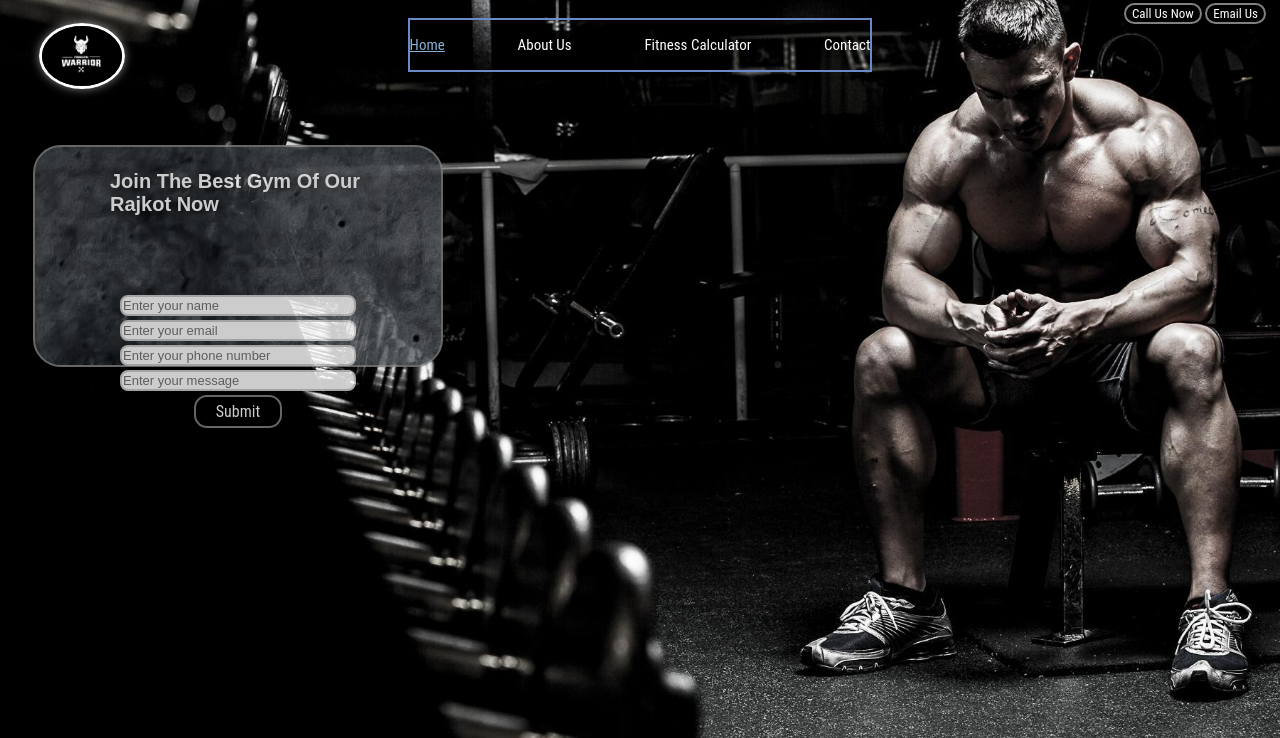
Repository: asthaasquare/project-1
Page: project-1/index.html
An editor plug-in stored every save of this project. The page is shown before and after a run of saves, followed by the edit.
The browser window is 1280 px wide. The pictures show the whole page.
Some web fonts or font styles are not loaded; a fallback is used.

Above is the page before, as saved 2024-05-10 10:10:35.

### project-1/index.html
  <!DOCTYPE html>
  <html lang="en">
  <head>
    <meta charset="UTF-8" />
    <meta name="viewport" content="width=device-width, initial-scale=1.0" />
    <title>Fit World</title>
    <link rel="preconnect" href="https://fonts.googleapis.com" />
    <link rel="preconnect" href="https://fonts.gstatic.com" crossorigin />
    <link href="https://fonts.googleapis.com/css2?family=Jersey+10&display=swap" rel="stylesheet" />
    <link rel="stylesheet" href="css/style.css" />
    <style>
      body {
        color: white;
        margin: 0;
        padding: 0;
        background-image: url("img/1087639.jpg");
        background-size: cover; /* This will make sure the image covers the entire background */
        background-position: center; /* This will center the image within the container */
        height: 100vh; /* This will set the height of the background to the viewport height */
        font-family: "Roboto Condensed", sans-serif;
        font-optical-sizing: auto;
      }

      .left {
        /* border: 2px double rgb(75, 62, 62); */
        display: inline-block;
        position: absolute;
        top: 0px;
        left: 34px;
        padding: 5px; /* Add some padding around the logo */
      }

      .left img {
        width: 80px;
        height: auto;
        border-radius: 50%;
        border: 3px solid white;
        box-shadow: 0 0 10px rgba(255, 255, 255, 0.5);
      }

      .left div {
        line-height: 0px;
      }

      .mid {
        margin: 18px auto;
        display: block;
        width: 36%;
        border: 2px double rgb(106, 137, 200);
      }

      .right {
        position: absolute;
        display: inline-block;
        /* border: 2px double rgb(100, 96, 222); */
        top: 0px;
        right: 34px;
      }

      .navbar {
        display: flex; /* Use flexbox for better alignment */
        justify-content: space-between; /* Distribute items evenly across the container */
        align-items: center; /* Center items vertically */
        padding: 0;
      }

      .navbar li {
        font-size: 15px;
        list-style: none; /* Remove default list styles */
        margin-right: 20px; /* Add some spacing between navbar items */
      }

      .navbar li a {
        color: white;
        text-decoration: none;
      }

      .navbar li a:hover,
      .navbar li a.active {
        text-decoration: underline;
        color: rgb(136, 177, 215);
      }

      .navbar li:last-child {
        margin-right: 0; /* Remove margin from the last navbar item */
      }

      .header {
        position: relative; /* Set position to relative to allow absolute positioning of child elements */
      }

      .container {
        border: 2px solid grey;
        margin: 73px 33px;
        padding: 75px;
        width: 20%;
        background-image: url(img/bg1.jpg);
        opacity: 80%;
        z-index: -1;
        height: 68px;
        border-radius: 28px;
      }

      .btn {
        margin: 0px 0px;
        color: white;
        background-color: black;
        position: relative;
        right: 22px;
        top: -15px;
        left: 20px;
        border: 2px solid grey;
        border-radius: 13px;
        font-size: 13px;
        cursor: pointer;
        transition: background-color 0.3s, border-color 0.3s;
        font-family: "Roboto Condensed", sans-serif;
      }

      .btn:hover {
        background-color: grey; /* Change background color on hover */
        border-color: black; /* Change border color on hover */
      }

      h1 {
        position: relative;
        top: -65px;
        color: white;
        font-size: 20px; /* Adjust the font size as needed */
        font-weight: bold; /* Optionally adjust the font weight */
        font-family: 'Poetsen One', sans-serif; /* Apply the Poetsen One font */
        text-shadow: 2px 2px 8px rgba(0, 0, 0, 0.5); /* Update the text shadow */
        width: 280px;
        padding: 0px;
      }

      .form {
      text-align: center; /* Center align the form elements */
      position: relative;


    }

    .form-group {
      margin-bottom: 4px; /* Add some spacing between form groups */
      bottom: 50px;
    }

    input[type="text"] {
      width: calc(100% - 20px); /* Make text inputs fill the width of their container minus the padding */
      padding: 1px; /* Add padding to text inputs */
      border: 2px solid #ccc; /* Add border to text inputs */
      border-radius: 8px; /* Add border radius to text inputs */
      font-size: 13px; /* Adjust the font size of text inputs */
      box-sizing: border-box; /* Include padding and border in the element's total width and height */
    }

    .btn1 {
      color: white;
      background-color: black;
      border: 2px solid grey;
      border-radius: 13px;
      font-size: 16px;
      padding: 5px 20px; /* Add padding to the button */
      cursor: pointer;
      transition: background-color 0.3s, border-color 0.3s;
      font-family: "Roboto Condensed", sans-serif;
    }

    .btn1:hover {
      background-color: grey; /* Change background color on hover */
      border-color: black; /* Change border color on hover */
    }
    </style>
  </head>
  <body>
    <header class="header">
      <div class="left">
        <img src="img/logo.jpg" alt="Logo" />
      </div>
      <div class="mid">
        <ul class="navbar">
          <li><a href="#" class="active">Home</a></li>
          <li><a href="#">About Us</a></li>
          <li><a href="#">Fitness Calculator</a></li>
          <li><a href="#">Contact</a></li>
        </ul>
      </div>
      <div class="right">
        <button class="btn">Call Us Now</button>
        <button class="btn">Email Us</button>
      </div>
    </header>
    <div class="container">
      <h1>Join The Best Gym Of Our Rajkot Now</h1>

      <form action="noaction.php" class="form">

        <div class="form-group">
          <input type="text" name="name" placeholder="Enter your name">
        </div>
        <div class="form-group">
          <input type="text" name="email" placeholder="Enter your email">
        </div>
        <div class="form-group">
          <input type="text" name="phone" placeholder="Enter your phone number">
        </div>
        <div class="form-group">
          <input type="text" name="message" placeholder="Enter your message">
        </div>
        <button type="submit" class="btn1">Submit</button>
      </form>
    </div>
  </body>
  </html>

Loaded but not shown: project-1/css/style.css (no stored copy; drawn as an empty file)

After the next 4 saves:
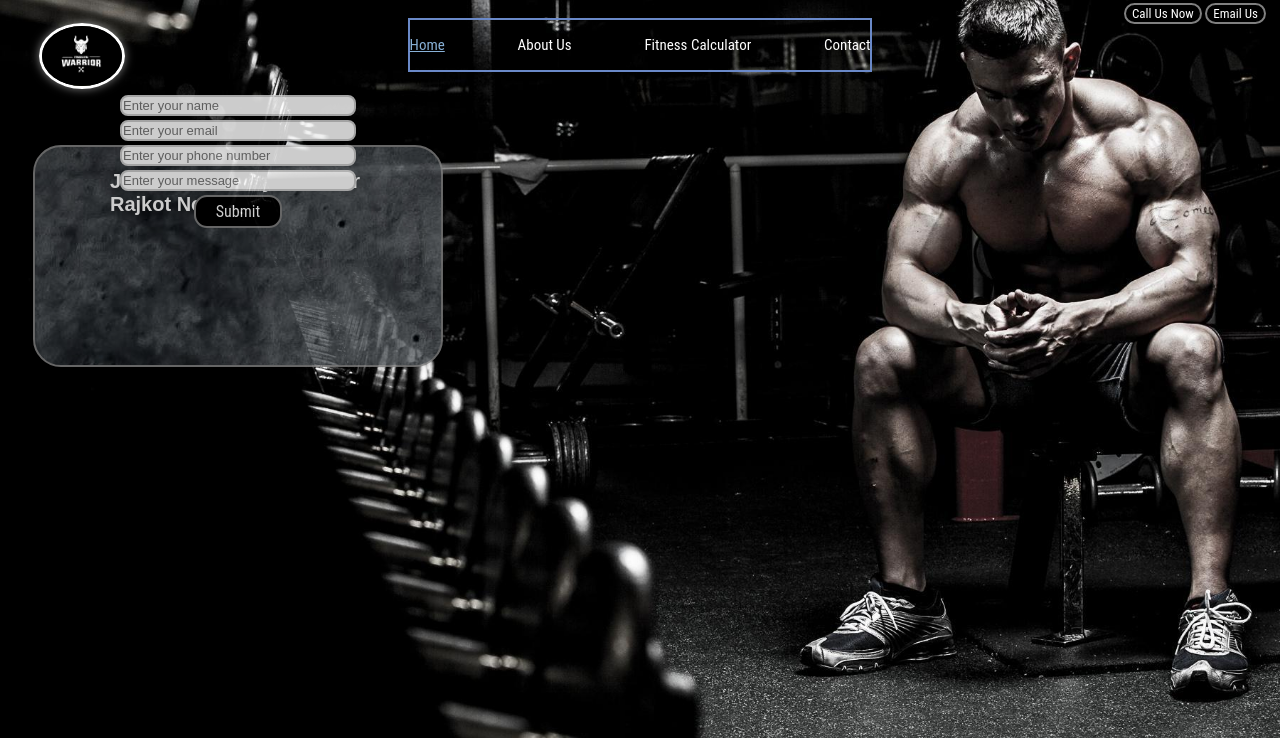
The 4 saves are shown as one change because they came seconds apart.
The last was saved 13 s later.
--- a/project-1/index.html
+++ b/project-1/index.html
@@ -137,7 +137,7 @@
       .form {
       text-align: center; /* Center align the form elements */
       position: relative;
-
+      bottom: 200px;
 
     }
 
